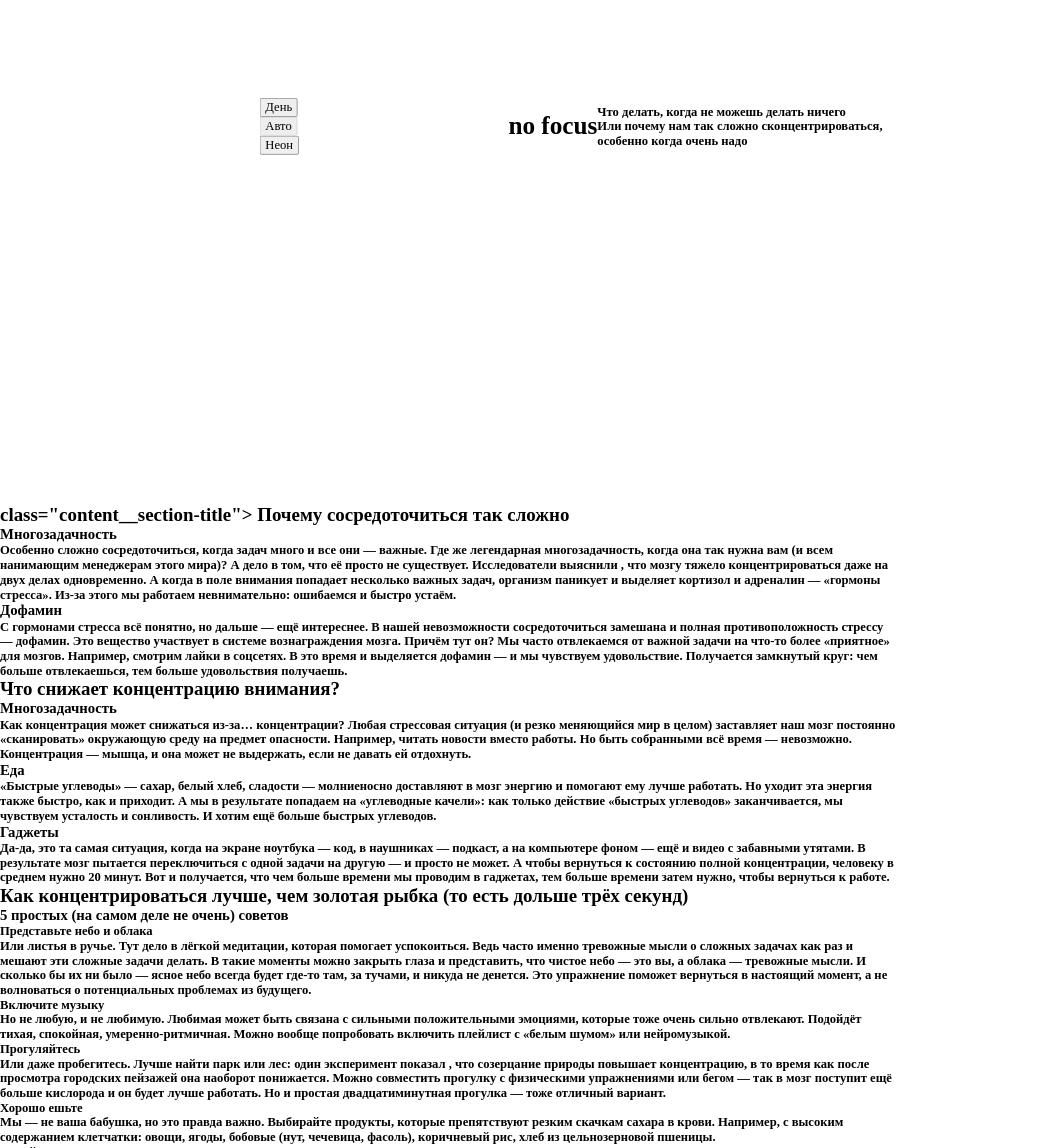
Repository: NikWolf75/slozhno-sosredotochitsya-fd
Page: index.html
An editor plug-in stored every save of this project. The page is shown before and after a run of saves, followed by the edit.
The browser window is 1280 px wide. The page is 1500 px wide, so the pictures cover 1500 px, including what lies to the right of the window. The pictures show the part of the page from y = 0 to 1640 px (the page is 4785 px tall before and 5089 px after), at 70% of full size.

Above is the page before, as saved 2025-02-26 11:23:25.

### index.html
<!DOCTYPE html>
<html lang="ru">
  <head>
    <meta charset="UTF-8" />
    <meta http-equiv="X-UA-Compatible" content="IE=edge" />
    <meta name="viewport" content="width=device-width, initial-scale=1.0" />
    <meta name="color-scheme" content="dark light" />
    <link rel="stylesheet" href=".fonts/fonts.css" />
    <link rel="stylesheet" href=".styles/globals.css" />
    <link rel="stylesheet" href="./styles/variables.css" />
    <link rel="stylesheet" href="./styles/style.css" />
    <link rel="stylesheet" href="./styles/dark.css" />
    <link rel="stylesheet" href="./styles/light.css" />
    <link rel="icon" href="image/favicon.ico" />
    <title>Сложно сосредоточиться</title>
    <script src="./scripts/script.js"></script>
  </head>
  <body class="page">
    <div class="rec_element" aria-hidden="true"></div>
    <header class="header decorated-zone">
      <nav class="header__theme-menu">
        <ul class="header__theme-menu-list">
          <li class="header__theme-menu-item">
            <button
              class="header__theme-menu-button header__theme-menu-button_type_light"
            >
              День
            </button>
          </li>
          <li class="header__theme-menu-item">
            <button
              class="header__theme-menu-button header__theme-menu-button_active header__theme-menu-button_type_auto"
              disabled
            >
              Авто
            </button>
          </li>
          <li class="header__theme-menu-item">
            <button
              class="header__theme-menu-button header__theme-menu-button_type_dark"
            >
              Неон
            </button>
          </li>
        </ul>
      </nav>
      <h1 class="header__title">no focus</h1>
      <div class="header__undertitle title-decor">
        <p>Что делать, когда не можешь делать ничего</p>
        <p>
          Или почему нам так сложно сконцентрироваться, особенно когда очень
          надо
        </p>
      </div>
    </header>
    <main class="content">
      <section class="content__section content__why">
        <h2>
          class="content__section-title"> Почему сосредоточиться так сложно
        </h2>
        <article class="content__section-text_block">
          <h3 class="content__section-text_block-undertitle title-decor">
            Многозадачность
          </h3>
          <p class="content__section-text_block-text">
            Особенно сложно сосредоточиться, когда задач много и все они —
            важные. Где же легендарная многозадачность, когда она так нужна вам
            (и всем нанимающим менеджерам этого мира)? А дело в том, что её
            просто не существует. Исследователи выяснили , что мозгу тяжело
            концентрироваться даже на двух делах одновременно. А когда в поле
            внимания попадает несколько важных задач, организм паникует и
            выделяет кортизол и адреналин — «гормоны стресса». Из-за этого мы
            работаем невнимательно: ошибаемся и быстро устаём.
          </p>
        </article>
        <article class="content__section-text_block">
          <h3 class="content__section-text_block-undertitle title-decor">
            Дофамин
          </h3>
          <p class="content__section-text_block-text">
            С гормонами стресса всё понятно, но дальше — ещё интереснее. В нашей
            невозможности сосредоточиться замешана и полная противоположность
            стрессу — дофамин. Это вещество участвует в системе вознаграждения
            мозга. Причём тут он? Мы часто отвлекаемся от важной задачи на
            что-то более «приятное» для мозгов. Например, смотрим лайки в
            соцсетях. В это время и выделяется дофамин — и мы чувствуем
            удовольствие. Получается замкнутый круг: чем больше отвлекаешься,
            тем больше удовольствия получаешь.
          </p>
        </article>
      </section>
      <section class="content__section content__what">
        <h2 class="content__section-title">
          Что снижает концентрацию внимания?
        </h2>
        <article class="content__section-text_block">
          <h3 class="content__section-text_block">Многозадачность</h3>
          <p class="content__section-item-text">
            Как концентрация может снижаться из-за… концентрации? Любая
            стрессовая ситуация (и резко меняющийся мир в целом) заставляет наш
            мозг постоянно «сканировать» окружающую среду на предмет опасности.
            Например, читать новости вместо работы. Но быть собранными всё время
            — невозможно. Концентрация — мышца, и она может не выдержать, если
            не давать ей отдохнуть.
          </p>
        </article>
        <article class="content__section-text_block">
          <h3 class="content__section-text_block-undertitle title-decor">
            Еда
          </h3>
          <p class="content__section-text_block-text">
            «Быстрые углеводы» — сахар, белый хлеб, сладости — молниеносно
            доставляют в мозг энергию и помогают ему лучше работать. Но уходит
            эта энергия также быстро, как и приходит. А мы в результате попадаем
            на «углеводные качели»: как только действие «быстрых углеводов»
            заканчивается, мы чувствуем усталость и сонливость. И хотим ещё
            больше быстрых углеводов.
          </p>
        </article>
        <article class="content__section-text_block">
          <h3 class="content__section-text_block-undertitle title-decor">
            Гаджеты
          </h3>
          <p class="content__section-text_block-text">
            Да-да, это та самая ситуация, когда на экране ноутбука — код, в
            наушниках — подкаст, а на компьютере фоном — ещё и видео с забавными
            утятами. В результате мозг пытается переключиться с одной задачи на
            другую — и просто не может. А чтобы вернуться к состоянию полной
            концентрации, человеку в среднем нужно 20 минут. Вот и получается,
            что чем больше времени мы проводим в гаджетах, тем больше времени
            затем нужно, чтобы вернуться к работе.
          </p>
        </article>
      </section>
      <section class="content__section content_how">
        <h2 class="content__section-title">
          Как концентрироваться лучше, чем золотая рыбка (то есть дольше трёх
          секунд)
        </h2>
        <article class="content__section-text_block">
          <h3
            class="content__section-text_block-undertitle tips-undertitle title-decor"
          >
            5 простых (на самом деле не очень) советов
          </h3>
          <h4 class="content__section-text_block-undertitle tips-undertitle">
            Представьте небо и облака
          </h4>
          <p class="content__section-text_block-text">
            Или листья в ручье. Тут дело в лёгкой медитации, которая помогает
            успокоиться. Ведь часто именно тревожные мысли о сложных задачах как
            раз и мешают эти сложные задачи делать. В такие моменты можно
            закрыть глаза и представить, что чистое небо — это вы, а облака —
            тревожные мысли. И сколько бы их ни было — ясное небо всегда будет
            где-то там, за тучами, и никуда не денется. Это упражнение поможет
            вернуться в настоящий момент, а не волноваться о потенциальных
            проблемах из будущего.
          </p>
        </article>
        <article class="content__section-text_block">
          <h4 class="content__section-text_block-undertitle title-decor">
            Включите музыку
          </h4>
          <p class="content__section-text_block-text">
            Но не любую, и не любимую. Любимая может быть связана с сильными
            положительными эмоциями, которые тоже очень сильно отвлекают.
            Подойдёт тихая, спокойная, умеренно-ритмичная. Можно вообще
            попробовать включить плейлист с «белым шумом» или нейромузыкой.
          </p>
        </article>
        <article class="content__section-text_block">
          <h4 class="content__section-text_block-undertitle title-decor">
            Прогуляйтесь
          </h4>
          <p class="content__section-text_block-text">
            Или даже пробегитесь. Лучше найти парк или лес: один эксперимент
            показал , что созерцание природы повышает концентрацию, в то время
            как после просмотра городских пейзажей она наоборот понижается.
            Можно совместить прогулку с физическими упражнениями или бегом — так
            в мозг поступит ещё больше кислорода и он будет лучше работать. Но и
            простая двадцатиминутная прогулка — тоже отличный вариант.
          </p>
        </article>
        <article class="content__section-text_block">
          <h4 class="content__section-text_block-undertitle title-decor">
            Хорошо ешьте
          </h4>
          <p class="content__section-text_block-text">
            Мы — не ваша бабушка, но это правда важно. Выбирайте продукты,
            которые препятствуют резким скачкам сахара в крови. Например, с
            высоким содержанием клетчатки: овощи, ягоды, бобовые (нут, чечевица,
            фасоль), коричневый рис, хлеб из цельнозерновой пшеницы.
          </p>
        </article>
        <article class="content__section-text_block">
          <h4 class="content__section-text_block-undertitle title-decor">
            Читайте
          </h4>
          <p class="content__section-text_block-text">
            Настоящие бумажные книги. Это правда помогает с концентрацией: чтобы
            прочитать пост в соцсети, достаточно нескольких минут или даже
            секунд. А вот интересная книга способна затянуть и на несколько
            часов и круто тренирует направленное внимание.
          </p>
        </article>
      </section>
      <section class="content__section content__gallery">
        <h2 class="content__section-text_block-undertitle title-decor">
          А можно в картинках?
        </h2>
        <div class="content_section-images_gallery">
          <img
            class="content__section-image"
            src="./images/sunset.png"
            alt="Вид острова на закате"
            loading="lazy"
          />
          <img
            class="content__section-image"
            src="./images/ice-cream.png"
            alt="Чаша с мороженным"
            loading="lazy"
          />
          <img
            class="content__section-image"
            src="./images/tape.png"
            alt="Кассета"
            loading="lazy"
          />
          <img
            class="content__section-image"
            src="./images/books.png"
            alt="Стопка книг"
            loading="lazy"
          />
          <img
            class="content__section-image"
            src="./images/street.png"
            alt="Улица"
            loading="lazy"
          />
        </div>
      </section>
    </main>
    <footer class="footer decorated-zone">
      <h2 class="footer_title">focus</h2>
    </footer>
  </body>
</html>

### styles/style.css
.page {
  display: flex;
  flex-direction: column;
  font-family: var(--main-font, 'IBM Plex mono') monospace;
  font-size: 18px;
  block-size: min-content;
  position: relative;
  font-weight: 700;
  background-color: var(--main-background-color);
  background-image: var(--main-background-image);
  background-repeat: no-repeat;
  background-attachment: fixed;
  background-position: center;
  background-size: cover;
 }

 .header {
  display: grid;
  grid-template-columns: repeat(3, 1fr);
  grid-template-rows: 1fr min-content 1fr;
  justify-items: end;
  align-items: center;
  position: relative;
  block-size: max(668px, 100vh);
 }

 @media (width >= 768px) {
    .header {
      block-size: max;
    }
 }

### scripts/script.js
(function initTheme() {
  const theme = localStorage.getItem('theme');
  if (theme) {
    setTheme(theme);
  }
})();

document.addEventListener('DOMContentLoaded', () => {
  const currentTheme = [...document.documentElement.classList]
    .find((cn) => cn.startsWith('theme-'))
    ?.replace('theme-', '');
  const themeButtons = [
    ...document.querySelectorAll('.header__theme-menu-button'),
  ];
  setActiveButton(themeButtons, currentTheme);

  themeButtons.forEach((button) => {
    button.addEventListener('click', () => {
      const chosenTheme = [...button.classList]
        .find((cn) => cn.includes('_type_'))
        .split('_type_')[1];
      setTheme(chosenTheme);
      setActiveButton(themeButtons, chosenTheme);
    });
  });
});

function setTheme(theme) {
  document.documentElement.className = '';
  document.documentElement.classList.add(`theme-${theme}`);
  localStorage.setItem('theme', theme);
}

function setActiveButton(buttonsArray, theme) {
  buttonsArray.forEach((button) => {
    button.classList.remove('header__theme-menu-button_active');
    button.removeAttribute('disabled');
  });
  const target = buttonsArray.find((button) =>
    button.classList.contains(`header__theme-menu-button_type_${theme}`)
  );
  if (target) {
    target.classList.add('header__theme-menu-button_active');
    target.setAttribute('disabled', true);
  } else {
    const autoButton = document.querySelector(
      '.header__theme-menu-button_type_auto'
    );
    autoButton.classList.add('header__theme-menu-button_active');
    autoButton.setAttribute('disabled', true);
  }
}

Loaded but not shown: fonts/fonts.css (common file); styles/globals.css (common file); styles/variables.css (common file); styles/dark.css (common file); styles/light.css (common file)

After the next 2 saves:
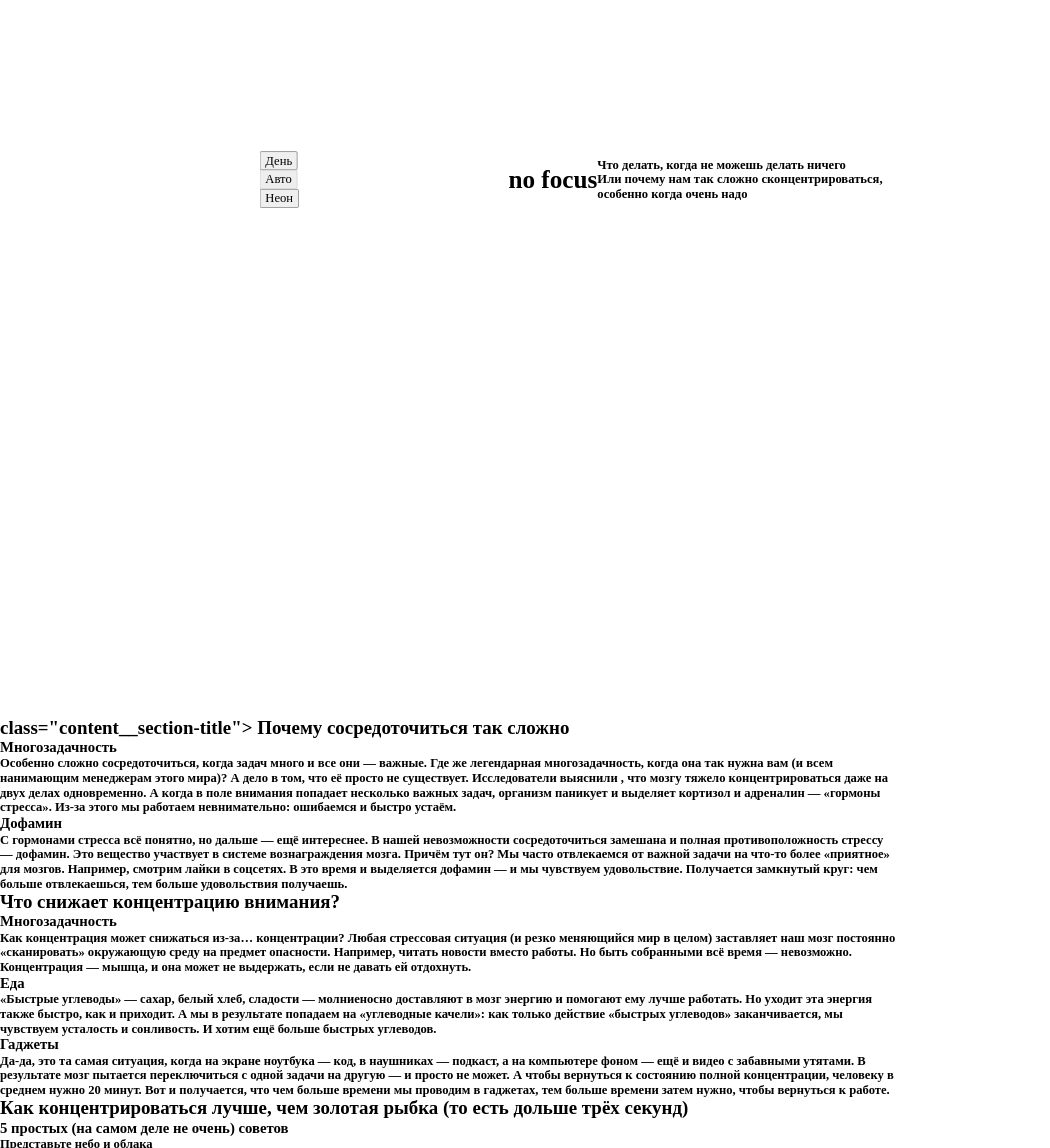
The 2 saves are shown as one change because they came seconds apart.
The last was saved 5 s later.
--- a/styles/style.css
+++ b/styles/style.css
@@ -26,6 +26,6 @@
 
  @media (width >= 768px) {
     .header {
-      block-size: max;
+      block-size: max(1024px);
     }
  }
